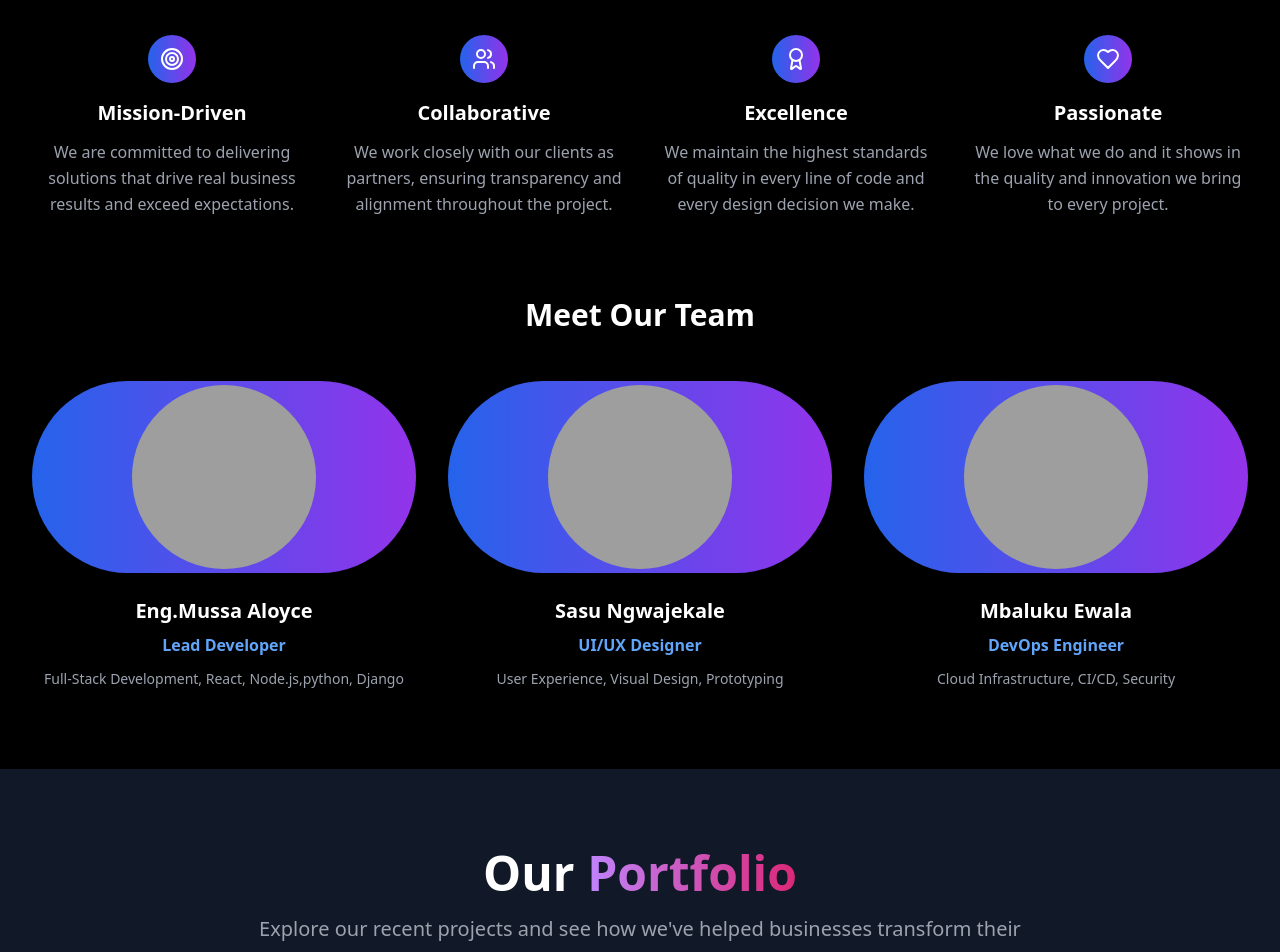
Repository: naza-webtech/nazawebtech.com
Page: /
The author's editor kept a copy of each file at every save. The page is drawn from the files as they stood at one save, then again after the next save.
The browser window is 1280 px wide. The pictures show the part of the page from y = 3803 to 4755 px (the page is 9097 px tall).
Pictures or frames that could not be fetched are drawn as grey boxes. The project was rebuilt for these pictures with package versions that can differ from the ones it lists, and the page was loaded fresh each time. Also part of the build but not shown: vite.config.ts.

Above is the page before, as saved 2025-11-14 09:26:33.

### index.html
<!doctype html>
<html lang="en">
  <head>
    <meta charset="UTF-8" />
    <link rel="icon" type="image/svg+xml" href="/vite.svg" />
    <meta name="viewport" content="width=device-width, initial-scale=1.0" />
    <title>NazaWebTech - Web Development & Digital Solutions</title>
    <meta name="description" content="Transform your business with innovative web development, mobile apps, and digital solutions. Expert team delivering cutting-edge technology solutions.">
    <meta name="keywords" content="web development, mobile apps, e-commerce, digital solutions, React, Next.js, technology consulting">
  </head>
  <body>
    <div id="root"></div>
    <script type="module" src="/src/main.tsx"></script>
  </body>
</html>

### src/App.tsx
import React from 'react';
import Header from './components/Header';
import Hero from './components/Hero';
import Services from './components/Services';
import About from './components/About';
import Portfolio from './components/Portfolio';
import Testimonials from './components/Testimonials';
import Contact from './components/Contact';
import Footer from './components/Footer';

function App() {
  return (
    <div className="bg-black">
      <Header />
      <Hero />
      <Services />
      <About />
      <Portfolio />
      <Testimonials />
      <Contact />
      <Footer />
    </div>
  );
}

export default App;

### src/components/Header.tsx
import React, { useState, useEffect } from 'react';
import { Menu, X, Code2 } from 'lucide-react';

const Header = () => {
  const [isMenuOpen, setIsMenuOpen] = useState(false);
  const [isScrolled, setIsScrolled] = useState(false);

  useEffect(() => {
    const handleScroll = () => {
      setIsScrolled(window.scrollY > 50);
    };
    window.addEventListener('scroll', handleScroll);
    return () => window.removeEventListener('scroll', handleScroll);
  }, []);

  const navItems = [
    { label: 'Home', href: '#home' },
    { label: 'Services', href: '#services' },
    { label: 'About', href: '#about' },
    { label: 'Portfolio', href: '#portfolio' },
    { label: 'Contact', href: '#contact' },
  ];

  const scrollToSection = (href: string) => {
    const element = document.querySelector(href);
    if (element) {
      element.scrollIntoView({ behavior: 'smooth' });
      setIsMenuOpen(false);
    }
  };

  return (
    <header className={`fixed top-0 left-0 right-0 z-50 transition-all duration-300 ${
      isScrolled ? 'bg-gray-900/95 backdrop-blur-md shadow-lg' : 'bg-transparent'
    }`}>
      <div className="max-w-7xl mx-auto px-4 sm:px-6 lg:px-8">
        <div className="flex items-center justify-between h-16">
          <div className="flex items-center space-x-2">
            <Code2 className="h-8 w-8 text-blue-500" />
            <span className="text-xl font-bold text-white">NazaWebTech</span>
          </div>

          <nav className="hidden md:flex items-center space-x-8">
            {navItems.map((item) => (
              <button
                key={item.label}
                onClick={() => scrollToSection(item.href)}
                className="text-gray-300 hover:text-white transition-colors duration-200 font-medium"
              >
                {item.label}
              </button>
            ))}
            <button
              onClick={() => scrollToSection('#contact')}
              className="bg-blue-600 hover:bg-blue-700 text-white px-6 py-2 rounded-full transition-colors duration-200 font-medium"
            >
              Get Started
            </button>
          </nav>

          <button
            className="md:hidden text-white"
            onClick={() => setIsMenuOpen(!isMenuOpen)}
          >
            {isMenuOpen ? <X size={24} /> : <Menu size={24} />}
          </button>
        </div>

        {/* Mobile menu */}
        {isMenuOpen && (
          <div className="md:hidden bg-gray-900/95 backdrop-blur-md rounded-lg mt-2 p-4">
            {navItems.map((item) => (
              <button
                key={item.label}
                onClick={() => scrollToSection(item.href)}
                className="block w-full text-left text-gray-300 hover:text-white py-2 transition-colors duration-200"
              >
                {item.label}
              </button>
            ))}
            <button
              onClick={() => scrollToSection('#contact')}
              className="w-full bg-blue-600 hover:bg-blue-700 text-white px-6 py-2 rounded-full transition-colors duration-200 mt-4"
            >
              Get Started
            </button>
          </div>
        )}
      </div>
    </header>
  );
};

export default Header;

### src/components/Hero.tsx
import React from 'react';
import { ArrowRight, Play } from 'lucide-react';

const Hero = () => {
  const scrollToSection = (href: string) => {
    const element = document.querySelector(href);
    if (element) {
      element.scrollIntoView({ behavior: 'smooth' });
    }
  };

  return (
    <section id="home" className="relative min-h-screen flex items-center justify-center overflow-hidden">
      {/* Background */}
      <div className="absolute inset-0 bg-gradient-to-br from-gray-900 via-gray-800 to-black">
        <div className="absolute inset-0 bg-[url('https://images.pexels.com/photos/546819/pexels-photo-546819.jpeg')] bg-cover bg-center opacity-10"></div>
        <div className="absolute inset-0 bg-gradient-to-r from-blue-600/20 to-purple-600/20"></div>
      </div>

      {/* Animated particles */}
      <div className="absolute inset-0">
        {[...Array(20)].map((_, i) => (
          <div
            key={i}
            className="absolute w-2 h-2 bg-blue-500 rounded-full opacity-30 animate-pulse"
            style={{
              left: `${Math.random() * 100}%`,
              top: `${Math.random() * 100}%`,
              animationDelay: `${Math.random() * 3}s`,
              animationDuration: `${2 + Math.random() * 3}s`,
            }}
          />
        ))}
      </div>

      <div className="relative z-10 max-w-7xl mx-auto px-4 sm:px-6 lg:px-8 text-center">
        <div className="max-w-4xl mx-auto">
          <h1 className="text-5xl md:text-7xl font-bold text-white mb-6 leading-tight">
            <span className="bg-gradient-to-r from-blue-400 to-purple-600 bg-clip-text text-transparent">
              Crafting
            </span>{' '}
            Digital Excellence
          </h1>

          <p className="text-xl md:text-2xl text-gray-300 mb-8 leading-relaxed max-w-3xl mx-auto">
            We transform your vision into powerful digital experiences through cutting-edge web development,
            innovative design, and strategic technology solutions.
          </p>

          <div className="flex flex-col sm:flex-row items-center justify-center gap-4 mb-12">
            <button
              onClick={() => scrollToSection('#services')}
              className="group bg-blue-600 hover:bg-blue-700 text-white px-8 py-4 rounded-full font-semibold transition-all duration-300 transform hover:scale-105 hover:shadow-xl flex items-center gap-2"
            >
              Explore Our Services
              <ArrowRight className="w-5 h-5 group-hover:translate-x-1 transition-transform duration-300" />
            </button>

            <button
              onClick={() => scrollToSection('#portfolio')}
              className="group bg-transparent border-2 border-white text-white hover:bg-white hover:text-gray-900 px-8 py-4 rounded-full font-semibold transition-all duration-300 flex items-center gap-2"
            >
              <Play className="w-5 h-5" />
              View Our Work
            </button>
          </div>

          <div className="grid grid-cols-1 md:grid-cols-3 gap-8 mt-16">
            <div className="text-center">
              <div className="text-4xl font-bold text-blue-400 mb-2">50+</div>
              <div className="text-gray-400">Projects Completed</div>
            </div>
            <div className="text-center">
              <div className="text-4xl font-bold text-emerald-400 mb-2">5+</div>
              <div className="text-gray-400">Years Experience</div>
            </div>
            <div className="text-center">
              <div className="text-4xl font-bold text-orange-400 mb-2">100%</div>
              <div className="text-gray-400">Client Satisfaction</div>
            </div>
          </div>
        </div>
      </div>

      {/* Scroll indicator */}
      <div className="absolute bottom-8 left-1/2 transform -translate-x-1/2 animate-bounce">
        <div className="w-6 h-10 border-2 border-white rounded-full flex justify-center">
          <div className="w-1 h-3 bg-white rounded-full mt-2 animate-pulse"></div>
        </div>
      </div>
    </section>
  );
};

export default Hero;

### src/components/About.tsx
import React from 'react';
import { Users, Award, Target, Heart } from 'lucide-react';

const About = () => {
  const values = [
    {
      icon: <Target className="w-6 h-6" />,
      title: 'Mission-Driven',
      description: 'We are committed to delivering solutions that drive real business results and exceed expectations.'
    },
    {
      icon: <Users className="w-6 h-6" />,
      title: 'Collaborative',
      description: 'We work closely with our clients as partners, ensuring transparency and alignment throughout the project.'
    },
    {
      icon: <Award className="w-6 h-6" />,
      title: 'Excellence',
      description: 'We maintain the highest standards of quality in every line of code and every design decision we make.'
    },
    {
      icon: <Heart className="w-6 h-6" />,
      title: 'Passionate',
      description: 'We love what we do and it shows in the quality and innovation we bring to every project.'
    }
  ];

  const team = [
    {
      name: 'Eng.Mussa Aloyce',
      role: 'Lead Developer',
      image: '/t',
      expertise: 'Full-Stack Development, React, Node.js,python, Django'
    },
    {
      name: 'Sasu Ngwajekale',
      role: 'UI/UX Designer',
      image: 'https://images.pexels.com/photos/774909/pexels-photo-774909.jpeg',
      expertise: 'User Experience, Visual Design, Prototyping'
    },
    {
      name: 'Mbaluku Ewala',
      role: 'DevOps Engineer',
      image: 'https://images.pexels.com/photos/697509/pexels-photo-697509.jpeg',
      expertise: 'Cloud Infrastructure, CI/CD, Security'
    }
  ];

  return (
    <section id="about" className="py-20 bg-black">
      <div className="max-w-7xl mx-auto px-4 sm:px-6 lg:px-8">
        <div className="text-center mb-16">
          <h2 className="text-4xl md:text-5xl font-bold text-white mb-4">
            About <span className="bg-gradient-to-r from-emerald-400 to-blue-600 bg-clip-text text-transparent">NazaWebTech</span>
          </h2>
          <p className="text-xl text-gray-400 max-w-3xl mx-auto leading-relaxed">
            We're a passionate team of developers, designers, and strategists dedicated to creating
            exceptional digital experiences that drive business growth.
          </p>
        </div>

        <div className="grid grid-cols-1 lg:grid-cols-2 gap-16 items-center mb-20">
          <div>
            <h3 className="text-3xl font-bold text-white mb-6">Our Story</h3>
            <p className="text-gray-300 mb-6 leading-relaxed">
              Founded in 2019, NazaWebTech began as a vision to bridge the gap between cutting-edge
              technology and business success. We've grown from a small startup to a trusted partner
              for businesses ranging from startups to enterprise corporations.
            </p>
            <p className="text-gray-300 mb-6 leading-relaxed">
              Our approach combines technical expertise with deep business understanding, ensuring
              that every solution we create not only works flawlessly but also drives measurable
              results for our clients.
            </p>
            <div className="flex items-center space-x-8">
              <div>
                <div className="text-2xl font-bold text-emerald-400">50+</div>
                <div className="text-gray-400 text-sm">Happy Clients</div>
              </div>
              <div>
                <div className="text-2xl font-bold text-blue-400">100+</div>
                <div className="text-gray-400 text-sm">Projects</div>
              </div>
              <div>
                <div className="text-2xl font-bold text-orange-400">5+</div>
                <div className="text-gray-400 text-sm">Years</div>
              </div>
            </div>
          </div>

          <div className="relative">
            <div className="absolute inset-0 bg-gradient-to-r from-blue-600 to-purple-600 rounded-2xl transform rotate-3"></div>
            <img
              src="https://images.pexels.com/photos/3183150/pexels-photo-3183150.jpeg"
              alt="Team working"
              className="relative rounded-2xl w-full h-96 object-cover"
            />
          </div>
        </div>

        <div className="mb-20">
          <h3 className="text-3xl font-bold text-white text-center mb-12">Our Values</h3>
          <div className="grid grid-cols-1 md:grid-cols-2 lg:grid-cols-4 gap-8">
            {values.map((value, index) => (
              <div key={index} className="text-center">
                <div className="bg-gradient-to-r from-blue-600 to-purple-600 w-12 h-12 rounded-full flex items-center justify-center mx-auto mb-4 text-white">
                  {value.icon}
                </div>
                <h4 className="text-xl font-bold text-white mb-3">{value.title}</h4>
                <p className="text-gray-400 leading-relaxed">{value.description}</p>
              </div>
            ))}
          </div>
        </div>

        <div>
          <h3 className="text-3xl font-bold text-white text-center mb-12">Meet Our Team</h3>
          <div className="grid grid-cols-1 md:grid-cols-3 gap-8">
            {team.map((member, index) => (
              <div key={index} className="group text-center">
                <div className="relative mb-6">
                  <div className="absolute inset-0 bg-gradient-to-r from-blue-600 to-purple-600 rounded-full transform group-hover:scale-105 transition-transform duration-300"></div>
                  <img
                    src={member.image}
                    alt={member.name}
                    className="relative w-48 h-48 rounded-full object-cover mx-auto p-1"
                  />
                </div>
                <h4 className="text-xl font-bold text-white mb-2">{member.name}</h4>
                <p className="text-blue-400 font-semibold mb-3">{member.role}</p>
                <p className="text-gray-400 text-sm">{member.expertise}</p>
              </div>
            ))}
          </div>
        </div>
      </div>
    </section>
  );
};

export default About;

Loaded but not shown: src/main.tsx (common file); src/index.css (common file); tailwind.config.js (common file); src/components/Portfolio.tsx (201 lines, source omitted); src/components/Contact.tsx (201 lines, source omitted); src/components/Services.tsx (136 lines, source omitted); src/components/Footer.tsx (142 lines, source omitted); src/components/Testimonials.tsx (105 lines, source omitted)

After the next save:
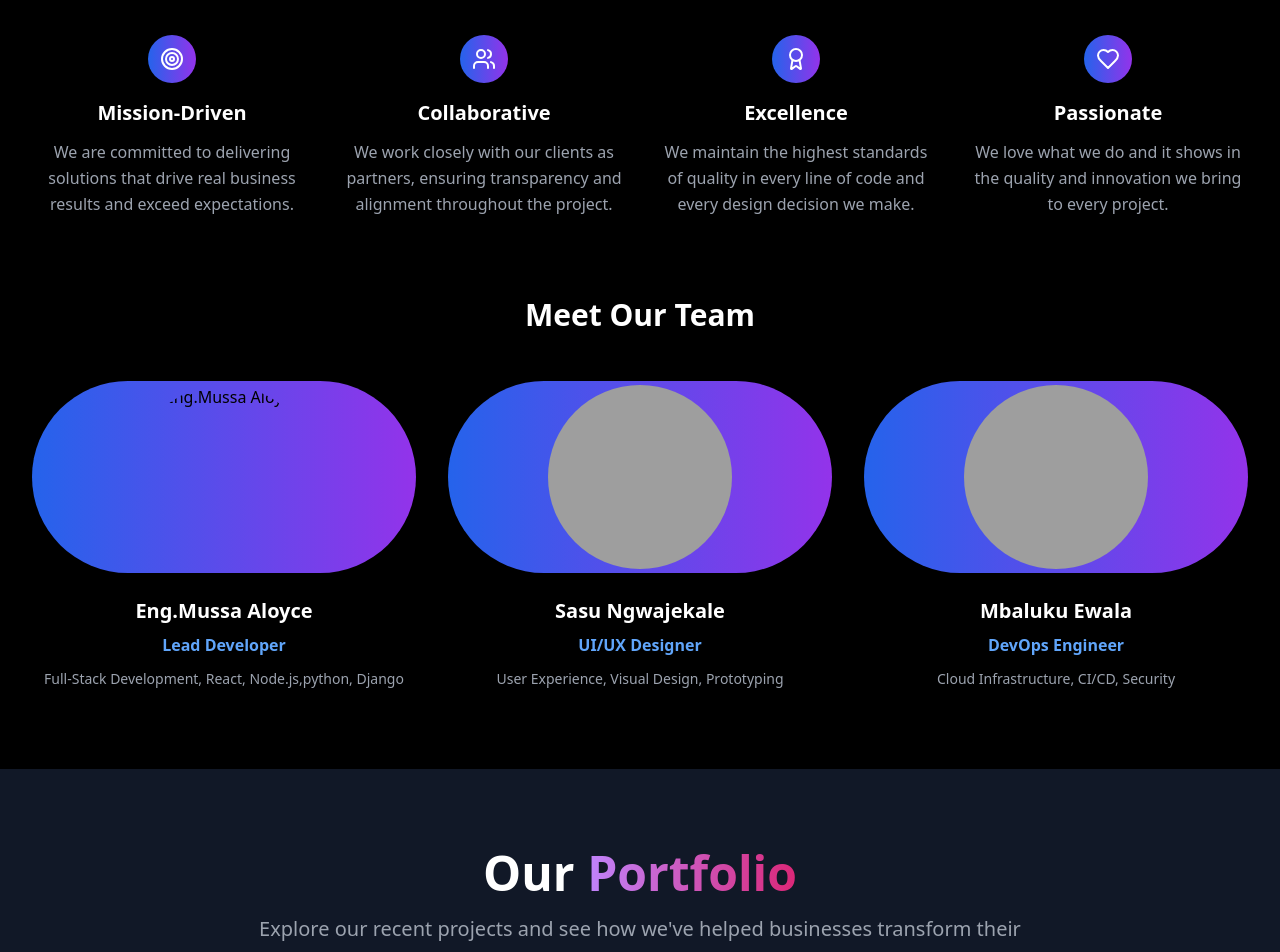
Not found: team/mussa_aloyce.jpg
Saved 5 s later.
--- a/src/components/About.tsx
+++ b/src/components/About.tsx
@@ -29,7 +29,7 @@
     {
       name: 'Eng.Mussa Aloyce',
       role: 'Lead Developer',
-      image: '/t',
+      image: '/team/mussa_aloyce.jpg',
       expertise: 'Full-Stack Development, React, Node.js,python, Django'
     },
     {

After the 2 saves that followed:
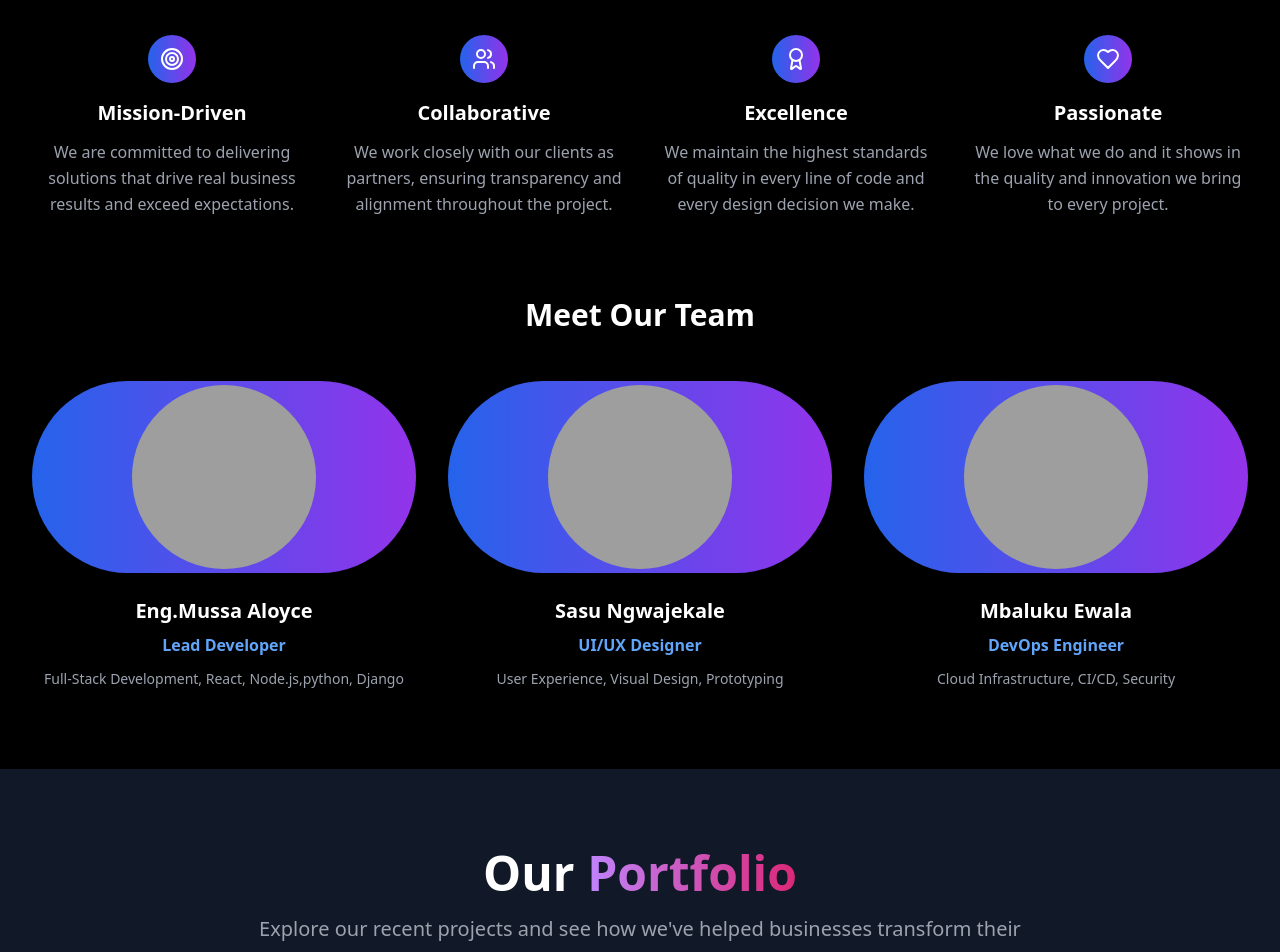
The 2 saves are shown as one change because they came seconds apart.
The last was saved 105 s later.
--- a/src/components/About.tsx
+++ b/src/components/About.tsx
@@ -29,7 +29,7 @@
     {
       name: 'Eng.Mussa Aloyce',
       role: 'Lead Developer',
-      image: '/team/mussa_aloyce.jpg',
+      image: '/team/e',
       expertise: 'Full-Stack Development, React, Node.js,python, Django'
     },
     {
